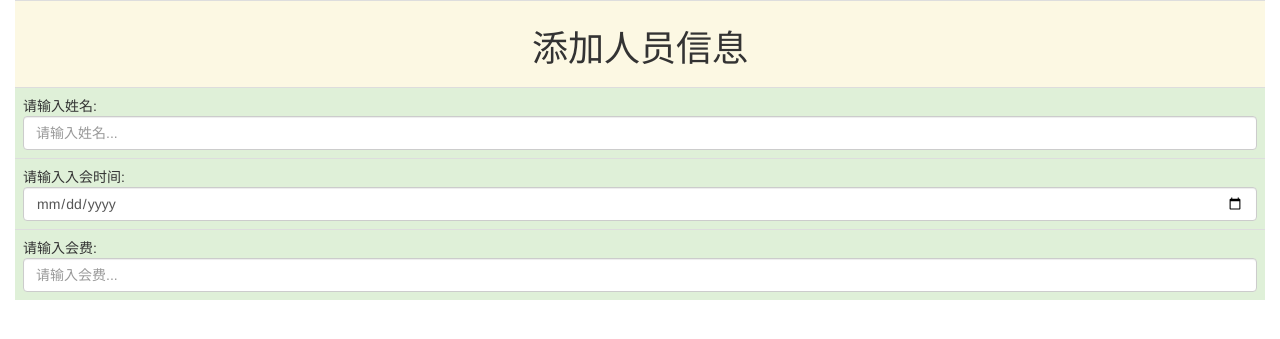
Repository: HelloChuang/HelloChuang-EclipseWorkSpace
Page: http://localhost/RetestSpringMVC_1/user_add.jsp
An editor plug-in stored every save of this project. The page is shown before and after the next save, followed by the edit.
The browser window is 1280 px wide. The pictures show the whole page.
The page is served by Tomcat 9. Nobody is signed in. The application's start-up code is not run.

Above is the page before, as saved 2018-11-04 11:42:53.

After the next save:
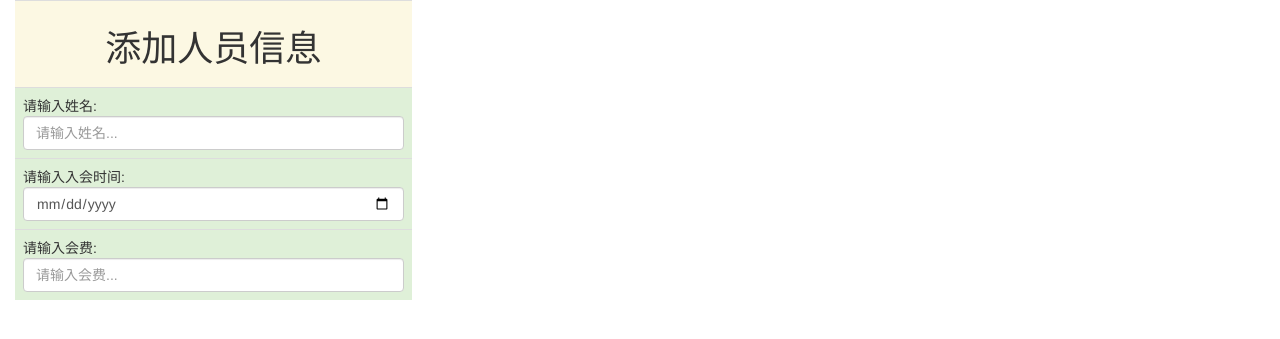
Saved 16 s later.
--- a/EclipseWorkSpace/RetestSpringMVC_1/src/main/webapp/user_add.jsp
+++ b/EclipseWorkSpace/RetestSpringMVC_1/src/main/webapp/user_add.jsp
@@ -16,7 +16,7 @@
 <title>添加人员</title>
 </head>
 <body>
-		<form action="userAdd" method="post" class="col-xs-12">
+		<form action="userAdd" method="post" class="col-xs-4">
 			<table class="table table-hover">
 				<tr class="warning" align="center"><td><h1>添加人员信息</h1></td></tr>
 				<tr class="success">
